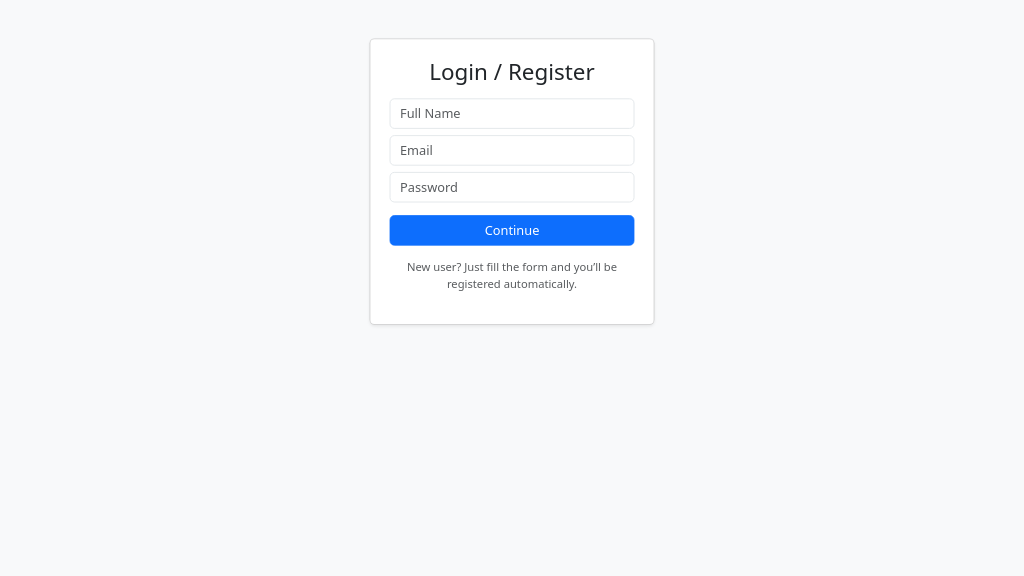
Repository: Aditisoni26/codeLearn
Page: index.html
The author's editor kept a copy of each file at every save. The page is drawn from the files as they stood at one save, then again after a run of saves.
The browser window is 1280 px wide. The pictures show the whole page, at 80% of full size.

Above is the page before, as saved 2025-10-27 18:23:53.

### index.html
<!DOCTYPE html>
<html lang="en">

<head>
    <meta charset="UTF-8" />
    <meta name="viewport" content="width=device-width, initial-scale=1.0" />
    <title>CodeLearn | Login</title>
    <link href="https://cdn.jsdelivr.net/npm/bootstrap@5.3.2/dist/css/bootstrap.min.css" rel="stylesheet" />
    <link rel="stylesheet" href="style.css" />
</head>

<body class="bg-light">

    <div class="container py-5">
        <div class="row justify-content-center">
            <div class="col-md-4">
                <div class="card p-4 shadow-sm">
                    <h3 class="text-center mb-3">Login / Register</h3>
                    <form id="authForm">
                        <input type="text" id="name" class="form-control mb-2" placeholder="Full Name" required />
                        <input type="email" id="email" class="form-control mb-2" placeholder="Email" required />
                        <input type="password" id="password" class="form-control mb-3" placeholder="Password" required />
                        <button class="btn btn-primary w-100" type="submit">Continue</button>
                    </form>
                    <p class="text-center mt-3 small text-muted">
                        New user? Just fill the form and you’ll be registered automatically.
                    </p>
                </div>
            </div>
        </div>
    </div>

    <script src="script.js"></script>
</body>

</html>

### style.css
.roadmap li, .resources li {
  transition: all 0.2s ease-in-out;
}
.roadmap li:hover, .resources li:hover {
  background-color: #f0f8ff;
}

### script.js
// ============ LOGIN & REGISTER ============
const form = document.getElementById("authForm");
if (form) {
    form.addEventListener("submit", (e) => {
        e.preventDefault();
        const name = document.getElementById("name").value.trim();
        const email = document.getElementById("email").value.trim();
        const password = document.getElementById("password").value.trim();

        const users = JSON.parse(localStorage.getItem("users")) || [];
        const existing = users.find(u => u.email === email);

        if (!existing) {
            users.push({ name, email, password });
            localStorage.setItem("users", JSON.stringify(users));
            localStorage.setItem("user", JSON.stringify({ name, email }));
            alert("Registration successful!");
            window.location.href = "home.html";
        } else if (existing.password === password) {
            localStorage.setItem("user", JSON.stringify({ name: existing.name, email }));
            alert("Login successful!");
            window.location.href = "home.html";
        } else {
            alert("Incorrect password!");
        }
    });
}

// ============ COURSE PAGE LOADER ============
const courseData = {
    c: {
        title: "C Language Roadmap",
        roadmap: ["Basics of Programming", "Variables & Data Types", "Loops & Conditions", "Functions", "Pointers", "Structures"],
        resources: [
            { name: "Programiz - C Tutorial", url: "https://www.programiz.com/c-programming" },
            { name: "GeeksforGeeks C", url: "https://www.geeksforgeeks.org/c-programming-language/" }
        ]
    },
    cpp: {
        title: "C++ Roadmap",
        roadmap: ["OOP Concepts", "STL", "Inheritance & Polymorphism", "Templates", "File Handling"],
        resources: [
            { name: "LearnCPP", url: "https://www.learncpp.com/" },
            { name: "GFG C++", url: "https://www.geeksforgeeks.org/c-plus-plus/" }
        ]
    },
    python: {
        title: "Python Roadmap",
        roadmap: ["Syntax & Basics", "Data Structures", "OOP", "Modules", "NumPy & Pandas", "Web/AI"],
        resources: [
            { name: "Python.org", url: "https://docs.python.org/3/tutorial/" },
            { name: "W3Schools Python", url: "https://www.w3schools.com/python/" }
        ]
    },
    java: {
        title: "Java Roadmap",
        roadmap: ["Basics", "OOP", "Collections", "JDBC", "Spring Boot"],
        resources: [
            { name: "Java T Point", url: "https://www.javatpoint.com/java-tutorial" },
            { name: "GeeksforGeeks Java", url: "https://www.geeksforgeeks.org/java/" }
        ]
    }
};

// Display roadmap if course.html
const params = new URLSearchParams(window.location.search);
const courseKey = params.get("course");
if (courseKey && courseData[courseKey]) {
    const { title, roadmap, resources } = courseData[courseKey];
    document.getElementById("courseTitle").textContent = title;

    const roadmapDiv = document.getElementById("roadmap");
    roadmap.forEach((step, i) => {
        const item = document.createElement("p");
        item.textContent = `${i + 1}. ${step}`;
        roadmapDiv.appendChild(item);
    });

    const resList = document.getElementById("resources");
    resources.forEach(r => {
        const li = document.createElement("li");
        li.innerHTML = `<a href="${r.url}" target="_blank">${r.name}</a>`;
        resList.appendChild(li);
    });
}

After the next 2 saves:
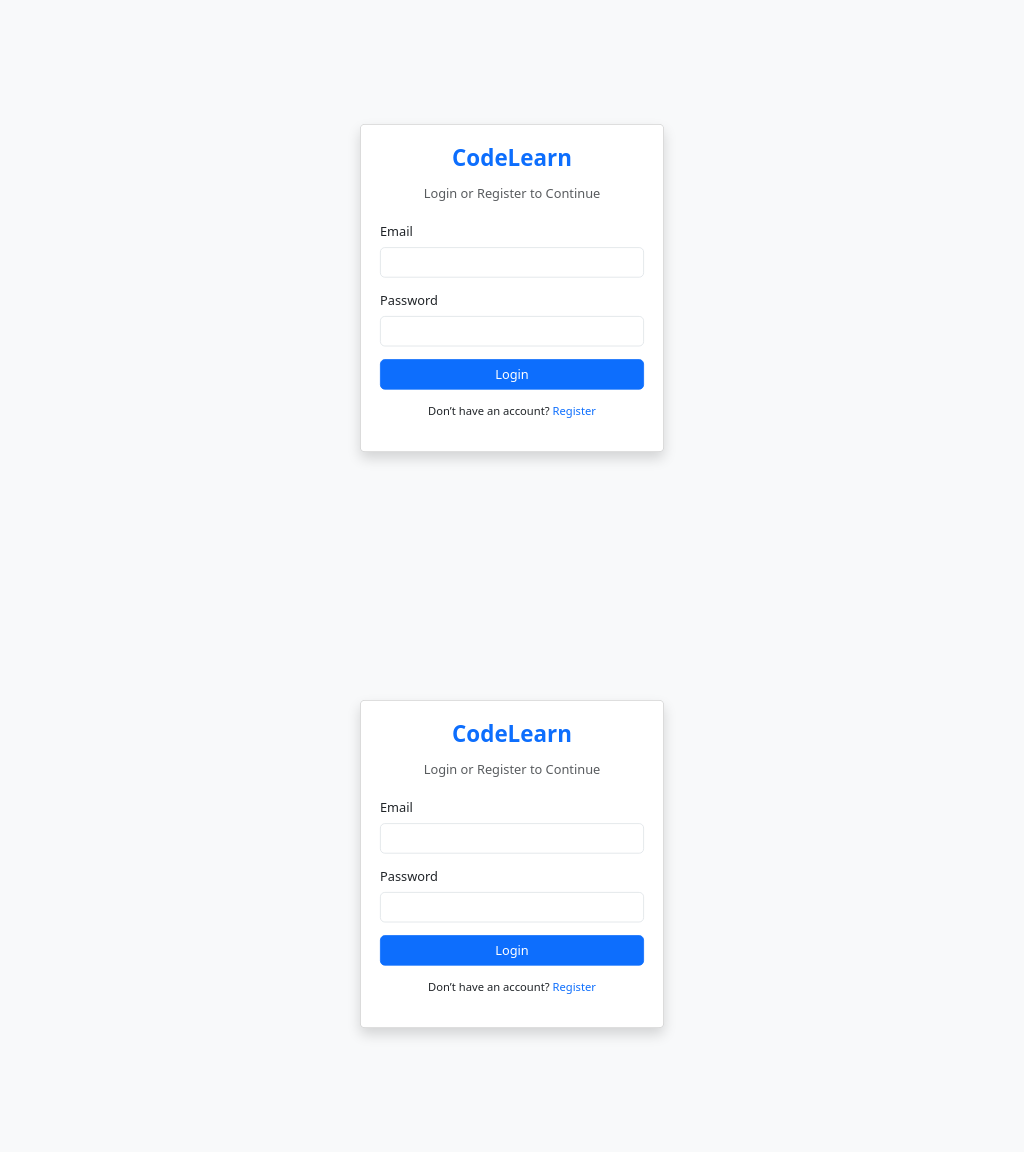
Console error: SyntaxError: Identifier 'form' has already been declared
The 2 saves are shown as one change because they came seconds apart.
The last was saved 10 min 27 s later.
--- a/index.html
+++ b/index.html
@@ -4,29 +4,54 @@
 <head>
     <meta charset="UTF-8" />
     <meta name="viewport" content="width=device-width, initial-scale=1.0" />
-    <title>CodeLearn | Login</title>
+    <title>CodeLearn | Login / Register</title>
     <link href="https://cdn.jsdelivr.net/npm/bootstrap@5.3.2/dist/css/bootstrap.min.css" rel="stylesheet" />
+    <link href="https://cdn.jsdelivr.net/npm/bootstrap-icons@1.11.1/font/bootstrap-icons.css" rel="stylesheet" />
     <link rel="stylesheet" href="style.css" />
 </head>
 
 <body class="bg-light">
 
-    <div class="container py-5">
-        <div class="row justify-content-center">
-            <div class="col-md-4">
-                <div class="card p-4 shadow-sm">
-                    <h3 class="text-center mb-3">Login / Register</h3>
-                    <form id="authForm">
-                        <input type="text" id="name" class="form-control mb-2" placeholder="Full Name" required />
-                        <input type="email" id="email" class="form-control mb-2" placeholder="Email" required />
-                        <input type="password" id="password" class="form-control mb-3" placeholder="Password" required />
-                        <button class="btn btn-primary w-100" type="submit">Continue</button>
-                    </form>
-                    <p class="text-center mt-3 small text-muted">
-                        New user? Just fill the form and you’ll be registered automatically.
-                    </p>
+    <div class="container d-flex justify-content-center align-items-center vh-100">
+        <div class="card shadow p-4" style="width: 380px;">
+            <h3 class="fw-bold text-center text-primary mb-3">CodeLearn</h3>
+            <p class="text-center text-muted mb-4">Login or Register to Continue</p>
+
+            <!-- Registration Form -->
+            <form id="registerForm" class="d-none">
+                <div class="mb-3">
+                    <label class="form-label">Full Name</label>
+                    <input type="text" id="regName" class="form-control" required />
                 </div>
-            </div>
+                <div class="mb-3">
+                    <label class="form-label">Email</label>
+                    <input type="email" id="regEmail" class="form-control" required />
+                </div>
+                <div class="mb-3">
+                    <label class="form-label">Password</label>
+                    <input type="password" id="regPassword" class="form-control" required />
+                </div>
+                <button type="submit" class="btn btn-primary w-100 mb-3">Register</button>
+                <p class="text-center small">
+                    Already have an account? <a href="#" id="showLogin" class="text-decoration-none text-primary">Login</a>
+                </p>
+            </form>
+
+            <!-- Login Form -->
+            <form id="loginForm">
+                <div class="mb-3">
+                    <label class="form-label">Email</label>
+                    <input type="email" id="loginEmail" class="form-control" required />
+                </div>
+                <div class="mb-3">
+                    <label class="form-label">Password</label>
+                    <input type="password" id="loginPassword" class="form-control" required />
+                </div>
+                <button type="submit" class="btn btn-primary w-100 mb-3">Login</button>
+                <p class="text-center small">
+                    Don’t have an account? <a href="#" id="showRegister" class="text-decoration-none text-primary">Register</a>
+                </p>
+            </form>
         </div>
     </div>
 
@@ -34,3 +59,64 @@
 </body>
 
 </html>
+<!DOCTYPE html>
+<html lang="en">
+
+<head>
+    <meta charset="UTF-8" />
+    <meta name="viewport" content="width=device-width, initial-scale=1.0" />
+    <title>CodeLearn | Login / Register</title>
+    <link href="https://cdn.jsdelivr.net/npm/bootstrap@5.3.2/dist/css/bootstrap.min.css" rel="stylesheet" />
+    <link href="https://cdn.jsdelivr.net/npm/bootstrap-icons@1.11.1/font/bootstrap-icons.css" rel="stylesheet" />
+    <link rel="stylesheet" href="style.css" />
+</head>
+
+<body class="bg-light">
+
+    <div class="container d-flex justify-content-center align-items-center vh-100">
+        <div class="card shadow p-4" style="width: 380px;">
+            <h3 class="fw-bold text-center text-primary mb-3">CodeLearn</h3>
+            <p class="text-center text-muted mb-4">Login or Register to Continue</p>
+
+            <!-- Registration Form -->
+            <form id="registerForm" class="d-none">
+                <div class="mb-3">
+                    <label class="form-label">Full Name</label>
+                    <input type="text" id="regName" class="form-control" required />
+                </div>
+                <div class="mb-3">
+                    <label class="form-label">Email</label>
+                    <input type="email" id="regEmail" class="form-control" required />
+                </div>
+                <div class="mb-3">
+                    <label class="form-label">Password</label>
+                    <input type="password" id="regPassword" class="form-control" required />
+                </div>
+                <button type="submit" class="btn btn-primary w-100 mb-3">Register</button>
+                <p class="text-center small">
+                    Already have an account? <a href="#" id="showLogin" class="text-decoration-none text-primary">Login</a>
+                </p>
+            </form>
+
+            <!-- Login Form -->
+            <form id="loginForm">
+                <div class="mb-3">
+                    <label class="form-label">Email</label>
+                    <input type="email" id="loginEmail" class="form-control" required />
+                </div>
+                <div class="mb-3">
+                    <label class="form-label">Password</label>
+                    <input type="password" id="loginPassword" class="form-control" required />
+                </div>
+                <button type="submit" class="btn btn-primary w-100 mb-3">Login</button>
+                <p class="text-center small">
+                    Don’t have an account? <a href="#" id="showRegister" class="text-decoration-none text-primary">Register</a>
+                </p>
+            </form>
+        </div>
+    </div>
+
+    <script src="script.js"></script>
+</body>
+
+</html>

After the save that followed:
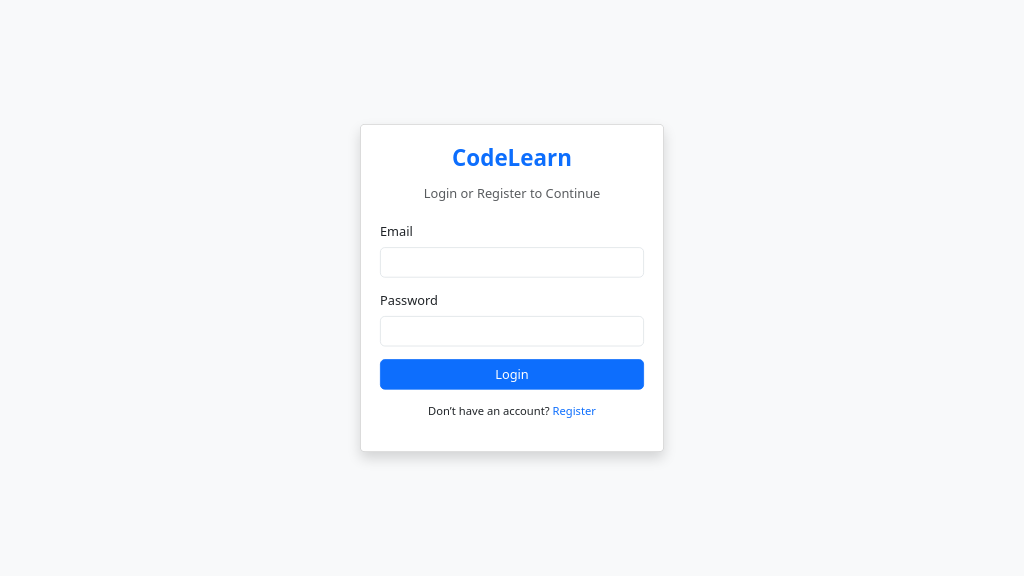
The error is gone.
Saved 9 s later.
--- a/index.html
+++ b/index.html
@@ -59,64 +59,3 @@
 </body>
 
 </html>
-<!DOCTYPE html>
-<html lang="en">
-
-<head>
-    <meta charset="UTF-8" />
-    <meta name="viewport" content="width=device-width, initial-scale=1.0" />
-    <title>CodeLearn | Login / Register</title>
-    <link href="https://cdn.jsdelivr.net/npm/bootstrap@5.3.2/dist/css/bootstrap.min.css" rel="stylesheet" />
-    <link href="https://cdn.jsdelivr.net/npm/bootstrap-icons@1.11.1/font/bootstrap-icons.css" rel="stylesheet" />
-    <link rel="stylesheet" href="style.css" />
-</head>
-
-<body class="bg-light">
-
-    <div class="container d-flex justify-content-center align-items-center vh-100">
-        <div class="card shadow p-4" style="width: 380px;">
-            <h3 class="fw-bold text-center text-primary mb-3">CodeLearn</h3>
-            <p class="text-center text-muted mb-4">Login or Register to Continue</p>
-
-            <!-- Registration Form -->
-            <form id="registerForm" class="d-none">
-                <div class="mb-3">
-                    <label class="form-label">Full Name</label>
-                    <input type="text" id="regName" class="form-control" required />
-                </div>
-                <div class="mb-3">
-                    <label class="form-label">Email</label>
-                    <input type="email" id="regEmail" class="form-control" required />
-                </div>
-                <div class="mb-3">
-                    <label class="form-label">Password</label>
-                    <input type="password" id="regPassword" class="form-control" required />
-                </div>
-                <button type="submit" class="btn btn-primary w-100 mb-3">Register</button>
-                <p class="text-center small">
-                    Already have an account? <a href="#" id="showLogin" class="text-decoration-none text-primary">Login</a>
-                </p>
-            </form>
-
-            <!-- Login Form -->
-            <form id="loginForm">
-                <div class="mb-3">
-                    <label class="form-label">Email</label>
-                    <input type="email" id="loginEmail" class="form-control" required />
-                </div>
-                <div class="mb-3">
-                    <label class="form-label">Password</label>
-                    <input type="password" id="loginPassword" class="form-control" required />
-                </div>
-                <button type="submit" class="btn btn-primary w-100 mb-3">Login</button>
-                <p class="text-center small">
-                    Don’t have an account? <a href="#" id="showRegister" class="text-decoration-none text-primary">Register</a>
-                </p>
-            </form>
-        </div>
-    </div>
-
-    <script src="script.js"></script>
-</body>
-
-</html>
